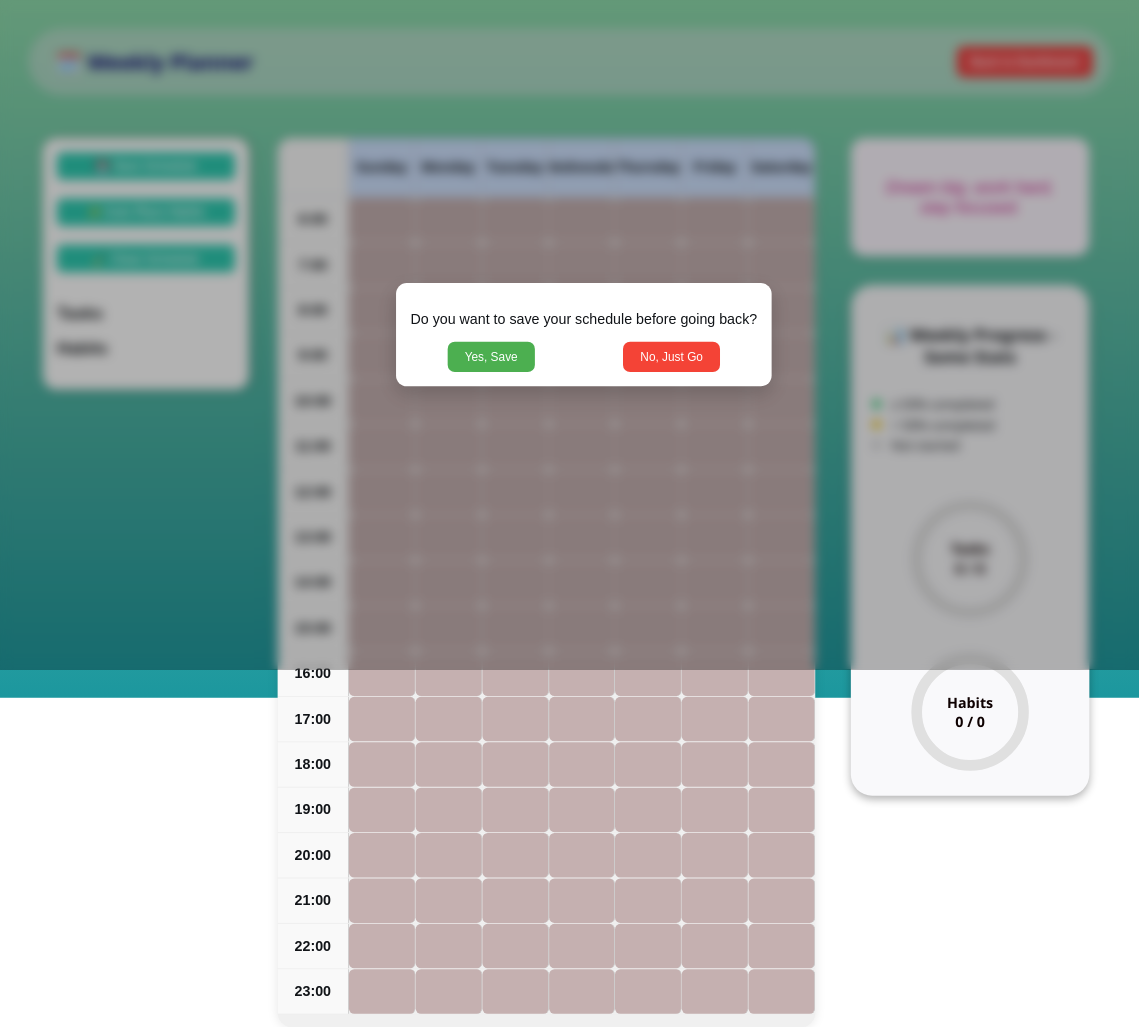
Repository: RachelB9913/smart-task-and-habit-tracker
Page: /schedule, after clicking the first element matching `button.logout-button`
The author's editor kept a copy of each file at every save. The page is drawn from the files as they stood at one save, then again after the next save.
The browser window is 1280 px wide. The pictures show the whole page, at 89% of full size.
The project was rebuilt for these pictures with package versions that can differ from the ones it lists, and the page was loaded fresh each time. Also part of the build but not shown: src/components/PageWrapper.js, src/components/welcome.js, src/services/api.js, src/components/Login.js, src/components/Register.js, src/components/DashBoard.js.

Above is the page before, as saved 2025-06-29 20:57:09.

### src/App.js
import { BrowserRouter as Router, Routes, Route } from 'react-router-dom';
import Welcome from './components/welcome';
import Login from './components/Login';
import Register from './components/Register';
import Dashboard from './components/DashBoard';
import SchedulePlanner from './components/SchedulePlanner';


function App() {
  return (
    <Router>
      <Routes>
        <Route path="/" element={<Welcome />} />
        <Route path="/login" element={<Login />} />
        <Route path="/register" element={<Register />} />
        <Route path="/dashboard" element={<Dashboard />} />
        <Route path="/schedule" element={<SchedulePlanner />} />
      </Routes>
    </Router>
  );
}

export default App;

### src/App.css
html, body, #root {
  height: 100%;
  margin: 0;
  padding: 0;
  box-sizing: border-box;
}

form input {
  width: 100%;
  padding: 0.75rem;
  margin-bottom: 1rem;
  border: 1px solid #ddd;
  border-radius: 0.5rem;
  font-size: 1rem;
  transition: border-color 0.2s;
}

form input:focus {
  border-color: #6366f1; /* Indigo */
  outline: none;
}

form button,
.form-container button {
  width: 100%;
  padding: 0.75rem;
  font-size: 1rem;
  color: white;
  background-color: #6d6ed0; /* Indigo */
  border: none;
  border-radius: 0.5rem;
  cursor: pointer;
  transition: background-color 0.2s;
}

form button:hover,
.form-container button:hover {
  background-color: #4f46e5; /* Darker Indigo */
}

.form-container {
  max-width: 400px;
  margin: 100px auto;
  padding: 2rem;
  background-color: white;
  border-radius: 1rem;
  box-shadow: 0 8px 20px rgba(0, 0, 0, 0.1);
  text-align: center;
}

h2 {
  margin-bottom: 1.5rem;
  color: #130e77;
  font-size: 2rem;
  font-weight: 500;

}

.welcome-root {
  font-family: 'Manrope', 'Noto Sans', sans-serif;
  background: linear-gradient(to bottom, hsl(143, 51%, 71%), #1c979e);
  color: #111418;
  min-height: 100vh;
  display: flex;
  flex-direction: column;
}

.welcome-header {
  display: flex;
  justify-content: space-between;
  align-items: center;
  padding: 0rem 2rem;
  border-bottom: 1px solid #030f21;
  background-color: rgb(255, 255, 255);
}

.logo-area {
  display: flex;
  align-items: center;
  gap: 0.5rem;
}

.nav-links, .nav-actions {
  display: flex;
  gap: 1rem;
  align-items: center;
}

.nav-links a, .footer a {
  text-decoration: none;
  font-weight: 500;
  color: #111418;
}

.nav-actions button {
  padding: 0.5rem 1rem;
  border-radius: 8px;
  border: none;
  font-weight: bold;
  cursor: pointer;
}

/* top buttons */
.nav-actions button:first-child {
  background: #0c7ff2;
  color: white;
}

.nav-actions button:first-child:hover {
  background: #0361bf; /* new hover color */
  color: #e3e3e3;      /* optional: change text color on hover */
}

.nav-actions button:last-child {
  background: #f0f2f5;
  color: #111418;
}

.nav-actions button:last-child:hover {
  background: #b5b8bd; /* new hover color */
  color: #0c7ff2;      /* optional: change text color on hover */
}

.welcome-hero {
  background: transparent;
  padding: 3rem 2rem;
  text-align: center;
  color: rgb(1, 0, 9);
}

.welcome-hero h1 {
  font-size: 2.5rem;
  font-weight: 800;
}

.hero-actions {
  margin-top: 2rem;
  display: flex;
  justify-content: center;
  gap: 1rem;
}

.hero-actions button {
  padding: 0.75rem 1.5rem;
  font-weight: bold;
  border-radius: 8px;
  border: none;
  cursor: pointer;
}

/* center buttons */
.hero-actions button:first-child {
  background-color: #0c7ff2;
  color: white;
}

.hero-actions button:first-child:hover {
  background-color: #0c7ff2;
  color: white;
  border: #0d1101 1px solid;
}

.hero-actions button:last-child {
  background-color: #f0f2f5;
  color: #111418;
}

.hero-actions button:last-child:hover {
  background-color: #f0f2f5;
  color: #111418;
  border: #0d1101 1px solid;
}

.features {
  padding: 3rem 2rem;
  text-align: center;
}

.feature-cards {
  display: flex;
  gap: 1rem;
  flex-wrap: wrap;
  justify-content: center;
  margin-top: 2rem;
}

.feature-card {
  background: white;
  padding: 1.5rem;
  border-radius: 12px;
  border: 1px solid #052246;
  max-width: 300px;
  text-align: left;
  text-align: center;
  box-shadow: 0 4px 10px rgba(0, 0, 0, 0.5);

}

.footer {
  text-align: center;
  padding: 2rem;
  font-size: 1.1rem;
  color: #0d1101;
}

.register-background {
  background: linear-gradient(to left top, hsl(143, 51%, 71%), #1c979e);
  min-height: 100vh;
  display: flex;
  align-items: center;
  justify-content: center;
}

.login-background {
  background: linear-gradient(to right bottom, hsl(143, 51%, 71%), #1c979e);
  min-height: 100vh;
  display: flex;
  align-items: center;
  justify-content: center;
}

### src/components/Auth.css
.auth-container {
  max-width: 400px;
  margin: 60px auto;
  padding: 2rem;
  background-color: #f8f9fa;
  border-radius: 12px;
  box-shadow: 0 2px 10px rgba(0, 0, 0, 0.1);
}

.auth-form {
  display: flex;
  flex-direction: column;
  gap: 1rem;
}

.auth-form input {
  padding: 0.75rem;
  border-radius: 8px;
  border: 1px solid #ccc;
  font-size: 1rem;
}

.auth-form button {
  padding: 0.75rem;
  background-color: #007bff;
  color: white;
  border: none;
  border-radius: 8px;
  font-size: 1rem;
  cursor: pointer;
}

.auth-form button:hover {
  background-color: #0056b3;
}


.dashboard-header {
  display: flex;
  justify-content: flex-end;
  padding: 20px;
}

.dashboard-header button {
  padding: 10px 16px;
  background-color: #ef4444; /* red */
  color: white;
  border: none;
  border-radius: 8px;
  font-weight: bold;
  cursor: pointer;
}

.dashboard-header button:hover {
  background-color: #ad2626;
}

.button-group {
  display: flex;
  flex-direction: column;
  gap: 10px; /* Adjust the space between buttons */
}

### src/Dashboard.css
/* Dashboard.css */

.dashboard-container {
  font-family: 'Manrope', 'Noto Sans', sans-serif;
  min-height: 100vh;
  padding: 2rem;
  transition: background-color 0.3s ease;
  color: #111418;
}

.dashboard-container.light {
  background: linear-gradient(to bottom, hsl(143, 51%, 71%), #1c979e);
}

.dashboard-header {
  display: flex;
  justify-content: space-between;
  align-items: center;
  padding: 20px;
  background-color: rgba(218, 226, 226, 0.5);
  color: #031d3e;
  border-radius: 3rem;
  margin-bottom: 2rem;
}

.header-left {
  display: flex;
  align-items: center;
  justify-content: flex-start;
  flex: 1; /* allows the left side to take up space */
}

.header-left h2 {
  margin: 0;
  padding-left: 10px;
  font-weight: 700;
  font-size: 1.5rem;
}

.toggle-button,
.bg-toggle {
  padding: 0.6rem 1.2rem;
  font-weight: bold;
  border-radius: 8px;
  border: none;
  cursor: pointer;
  font-size: 1rem;
  background-color: #0c7ff2;
  color: white;
  transition: background-color 0.2s ease;
}

.toggle-button:hover,
.bg-toggle:hover {
  background-color: #035fd0;
}

.add-button {
  width: 30px;
  height: 30px;
  border-radius: 50%;
  font-size: 20px;
  background-color: hsl(211, 69%, 59%);
  color: white;
  border: none;
  cursor: pointer;
  transition: background-color 0.3s ease;
}

.add-button:hover {
  background-color: #0056b3;
}

.toggle-button {
  display: block;
  margin: 1rem auto;
}

.task-section,
.habit-section {
  background-color: white;
  color: #111418;
  max-width: 650px;
  margin: 1rem auto;
  padding: 1rem 1.5rem;
  border-radius: 1rem;
  box-shadow: 0 6px 12px rgba(120, 8, 226, 0.1);
}

.task-section ul,
.habit-section ul {
  list-style-type: none;
  padding: 0;
}

.task-section li,
.habit-section li {
  padding: 0.5rem 0;
  border-bottom: 1px solid #ddd;
}

.task-section li:last-child,
.habit-section li:last-child {
  border-bottom: none;
}

h1 {
  text-align: center;
  font-size: 2rem;
  margin-bottom: 2rem;
  color: #031d3e;
  font-weight: 1000;
}

.logout-button {
  background-color: #e74c3c;
  color: white;
  border: none;
  padding: 8px 12px;
  border-radius: 5px;
  cursor: pointer;
}

.logout-button:hover {
  background-color: #c0392b;
}

.form-popup-overlay {
  position: fixed;
  top: 0;
  left: 0;
  height: 100vh;
  width: 100vw;
  background: rgba(0, 0, 0, 0.3);
  display: flex;
  align-items: center;
  justify-content: center;
  z-index: 999;
}

.form-popup {
  background: white;
  padding: 2rem;
  border-radius: 1rem;
  box-shadow: 0 0 20px rgba(0,0,0,0.2);
  display: flex;
  flex-direction: column;
  gap: 1rem;
  width: 300px;
}

.task-item {
  padding: 0.5rem 0;
  border-bottom: 1px solid #ddd;
}

.task-content {
  display: flex;
  align-items: flex-start;
}

.task-content input[type="checkbox"] {
  margin-top: 0.7rem;
  margin-left: 0.9rem;
  transform: scale(1.2);
  cursor: pointer;
}

.task-details {
  flex: 1;
  padding: 0.5rem 0.75rem; /* ← Add this for internal spacing */
  border-radius: 0.5rem;
}

.task-done {
  opacity: 0.5;
  text-decoration: line-through;
}

.task-item {
  background-color: white;
  margin-bottom: 0.5rem;
  border-radius: 0.5rem;
  box-shadow: 0 1px 3px rgba(0,0,0,0.1);
  transition: transform 0.2s ease;
}

.task-actions {
  display: flex;
  flex-direction: column;
  gap: 0.3rem;
}

.edit-button, .delete-button {
  background: none;
  border: black;
  border-radius: 0.5rem;
  cursor: pointer;
  font-size: 1rem;
  transition: color 0.2s;
}

.edit-button:hover {
  color: #0a58ca;
}

.delete-button:hover {
  color: #dc3545;
}

.task-section li strong,
.habit-section li strong {
  font-weight: 700;
  font-size: 1rem;
  color: #031d3e;
}

.task-section li em,
.habit-section li em {
  font-style: italic;
  color: #555;
}

.task-section li,
.habit-section li {
  font-family: 'Manrope', 'Noto Sans', sans-serif;
  font-size: 0.95rem;
  font-weight: lighter;
}

### src/components/SchedulePlanner.css
.stats-wrapper {
  display: flex;
  flex-direction: column;
  gap: 1.5rem;
  align-items: center;
  padding: 1rem;
}

.quote-panel {
  background-color: #fdf7ff;
  color: mediumvioletred;
  padding: 1.5rem;
  border-radius: 16px;
  text-align: center;
  box-shadow: 0 4px 12px rgba(0, 0, 0, 0.08);
  font-size: 1.2rem;
  font-style: italic;
  display: flex;
  justify-content: center;
  align-items: center;
  min-height: 85px;
  width: 100%;
  max-width: 220px;
}

.quote-panel:hover {
  color: #1f16cd;
}

.stats-wrapper .stats-panel {
  width: 100%;
  max-width: 220px;
}

.planner-container {
  display: flex;
  height: calc(100vh - 120px);
  font-family: 'Manrope', sans-serif;
}

.task-sidebar {
  flex-shrink: 0;
  width: 200px;
  background: white;
  padding: 1rem;
  box-shadow: 2px 0 8px rgba(0,0,0,0.3);
  border-radius: 1rem;
  margin: 1rem;
  height: fit-content;
}

.task-item {
  background: hsl(210, 34%, 76%);
  color: #031d3e;
  margin: 0.5rem 0;
  padding: 0.6rem;
  border-radius: 10px;
  font-weight: 600;
  box-shadow: 0 2px 4px rgba(0,0,0,0.1);
}

:root {
  --cell-height: 55.5px;
}

.calendar-grid {
  display: grid;
  grid-template-rows: repeat(var(--row-count), 1fr);
  height: calc(var(--row-count) * var(--cell-height));
  flex: 1;
  overflow: auto;
  margin: 1rem;
  border-radius: 1rem;
  background: rgb(240, 240, 240);
  box-shadow: 0 0 12px rgba(0, 0, 0, 0.1);
}


.grid-header {
  display: grid;
  grid-template-columns: 80px repeat(7, 1fr); /* hour + 7 days */
  background: #cfe2ff;
  font-weight: bold;
  border-bottom: 1px solid #ccc;
}

.grid-body .row {
  display: grid;
  grid-template-columns: 80px repeat(7, 1fr); /* same as above */
  border-bottom: 1px solid #eee;
}

.cell {
  padding: 0.5rem;
  border-right: 1px solid #ccc;
  overflow: hidden;
}

.hour-cell {
  display: flex;
  align-items: center;
  justify-content: center;
  background: #f9f9f9;
  font-weight: bold;
  border-right: 1px solid #ccc;
}

.time-slot {
  background-color: #c5b0b0;
  border-radius: 6px;
  height: 50px;
  display: flex;
  justify-content: center;
  align-items: center;
  padding: 0;
}

.time-slot:hover {
  background-color: #e7f5ff;
  cursor: pointer;
}

.day-cell {
  display: flex;
  align-items: center;
  justify-content: center;
  text-align: center;
  background: #cfe2ff;
  border-right: 1px solid #ccc;
  height: 50px;
  font-weight: 600;
}

.scheduled-task {
  background-color: #a8dadc;
  border: 1px solid #3dbd19;
  padding: 2px 6px;
  border-radius: 6px;
  font-weight: 500;
  font-size: 0.8rem;
  text-align: center;
  display: flexbox;
  justify-content: space-between;
  align-items: center;
  overflow: hidden;
  text-overflow: ellipsis;
}

.scheduled-task.habit-task {
  background-color: #a8dadc;
  border: 1px solid #7e2fbe;
  padding: 2px 5px;
  border-radius: 6px;
  font-weight: 500;
  font-size: 0.8rem;
  text-align: center;
  display: flexbox;
  justify-content: space-between;
  align-items: center;
  overflow: hidden;
  text-overflow: ellipsis;
}

.done-task {
  background-color: #90ee90 !important; /* light green for done tasks */
  border: 1px solid #3dbd19 !important;
}

.remove-btn {
  background: none;
  border: none;
  color: #d00000;
  font-size: 0.8rem;
  cursor: pointer;
  margin-left: 0rem;
  margin-right: 0.6rem;
}

.grayed-out {
  opacity: 0.5;
  pointer-events: none;
}

.save-button {
  margin-bottom: 1rem;
  padding: 0.5rem 1rem;
  background-color: #2ecbb1;
  color: white;
  border: none;
  border-radius: 6px;
  font-weight: bold;
  cursor: pointer;
  transition: background-color 0.2s ease;
}

.save-button:hover {
  background-color: #137969;
}

.save-button-container {
  display: flex;
  justify-content: center;
  margin-bottom: 1rem;
}

.mark-done-btn {
  background: none;
  border: none;
  color: green;
  font-size: 1rem;
  cursor: pointer;

}

.vertical-buttons {
  display: flex;
  flex-direction: column;
  gap: 5px;
}

.habit-icons {
  display: flex;
  gap: 4px;
}
.duplicate-btn {
  background: none;
  border: none;
  font-size: 1rem;
  cursor: pointer;
}

.modal-overlay {
  position: fixed;
  top: 0;
  left: 0;
  width: 100%;
  height: 100%;
  backdrop-filter: blur(6px);
  background-color: rgba(0, 0, 0, 0.3);
  display: flex;
  align-items: center;
  justify-content: center;
  z-index: 1000;
  padding: 1rem;
}

.modal-content {
  background-color: white;
  padding: 2rem;
  border-radius: 12px;
  box-shadow: 0 8px 24px rgba(0, 0, 0, 0.2);
  text-align: center;
  animation: fadeIn 0.3s ease;
  min-width: 30vw;
  max-width: 95vw;
  padding: 1rem;
}

@media (max-width: 600px) {
  .modal-content {
    min-width: 90vw;
    padding: 0.5rem;
  }
}

.modal-buttons {
  margin-top: 1rem;
  display: flex;
  justify-content: space-around;
  gap: 1rem;
}

.confirm-btn,
.cancel-btn {
  padding: 0.6rem 1.2rem;
  border-radius: 8px;
  border: none;
  cursor: pointer;
  font-weight: bold;
  transition: background-color 0.2s ease;
}

.confirm-btn {
  background-color: #4CAF50;
  color: white;
  font-weight: lighter;
}

.cancel-btn {
  background-color: #f44336;
  color: white;
  font-weight: lighter;
}

.confirm-btn:hover {
  background-color: #45a049;
}

.cancel-btn:hover {
  background-color: #d32f2f;
}

@keyframes fadeIn {
  from { opacity: 0; transform: scale(0.9); }
  to { opacity: 1; transform: scale(1); }
}

.stat-circle.full-gold {
  background-color: gold;
  border-radius: 50%;
  padding: 0.3rem;
}

@media (max-width: 900px) {
  .planner-container {
    flex-direction: column;
    height: auto;
  }
  .task-sidebar, .calendar-grid {
    max-width: 100%;
    margin: 0.5rem 0;
  }
  .stats-panel {
    width: 100%;
    max-width: 230px;
    min-width: 180px;
    box-sizing: border-box;
  }
}

### src/components/StatisticsPanel.css
.stat-label {
  position: absolute;
  top: 0;
  left: 0;
  width: 100%;
  height: 100%;
  display: flex;
  flex-direction: column;
  align-items: center;
  justify-content: center;
  font-weight: bold;
  font-size: 1rem;
  color: #0e0101;
}

.stats-panel {
  position: sticky;
  top: 1rem;
  align-self: flex-start;
  background: #f9f9fb;
  border-radius: 1.5rem;
  box-shadow: 0 4px 10px rgba(0, 0, 0, 0.3);
  font-family: 'Segoe UI', sans-serif;
  padding: 1.5rem;
  margin: 0.5rem;
  display: flex;
  flex-direction: column;
  gap: 2rem;
  max-width: 230px;
}

.stat-circle {
  position: relative;
  width: 140px;
  height: 140px;
  margin: 0 auto;
}

.stat-circle svg {
  transform: rotate(-90deg);
  width: 100%;
  height: 100%;
}

.stat-bg,
.stat-fill {
  fill: none;
  stroke-width: 12;
  stroke-linecap: round;
}

.stat-bg {
  stroke: #e0e0e0;
}

.stat-fill {
  fill: none;
  stroke-width: 12;
  stroke-linecap: round;
  transition: stroke-dashoffset 0.5s ease;
}

.stat-label {
  position: absolute;
  top: 50%;
  left: 50%;
  transform: translate(-50%, -50%);
  text-align: center;
}

.stat-label strong {
  display: block;
  font-size: 1.1rem;
  color: #333;
}

.progress-ring circle {
  transition: stroke-dashoffset 0.6s ease-out;
}

.stats-circle {
  position: relative;
  cursor: help;
}
.stats-circle:hover::after {
  content: attr(data-tooltip);
  position: absolute;
  top: -1.5rem;
  left: 50%;
  transform: translateX(-50%);
  background: #444;
  color: #fff;
  padding: 0.3em 0.5em;
  border-radius: 4px;
  font-size: 0.8rem;
  white-space: nowrap;
  z-index: 10;
}

.legend {
  display: flex;
  flex-direction: column;
  gap: 4px;
  margin-top: -1rem;
  margin-bottom: 1rem;
  align-items: flex-start;
}

.legend-item {
  display: flex;
  align-items: center;
  gap: 0.4rem;
  font-size: 0.9rem;
}

.dot {
  display: inline-block;
  width: 10px;
  height: 10px;
  margin-right: 5px;
  border-radius: 50%;
}
.green { background: #2ecc71; }
.yellow { background: #f1c40f; }
.gray { background: #ccc; }

.celebration-message {
  margin-top: 0rem;
  font-weight: bold;
  font-size: 1.1rem;
  color: #27ae60;
  text-align: center;
  animation: pop 0.6s ease;
}

@keyframes pop {
  0% { transform: scale(0.8); opacity: 0; }
  50% { transform: scale(1.1); opacity: 1; }
  100% { transform: scale(1); }
}

Loaded but not shown: public/index.html (common file); src/index.js (common file); src/index.css (common file); src/reportWebVitals.js (common file); src/components/SchedulePlanner.js (688 lines, source omitted); src/components/StatisticsPanel.js (169 lines, source omitted)

After the next save:
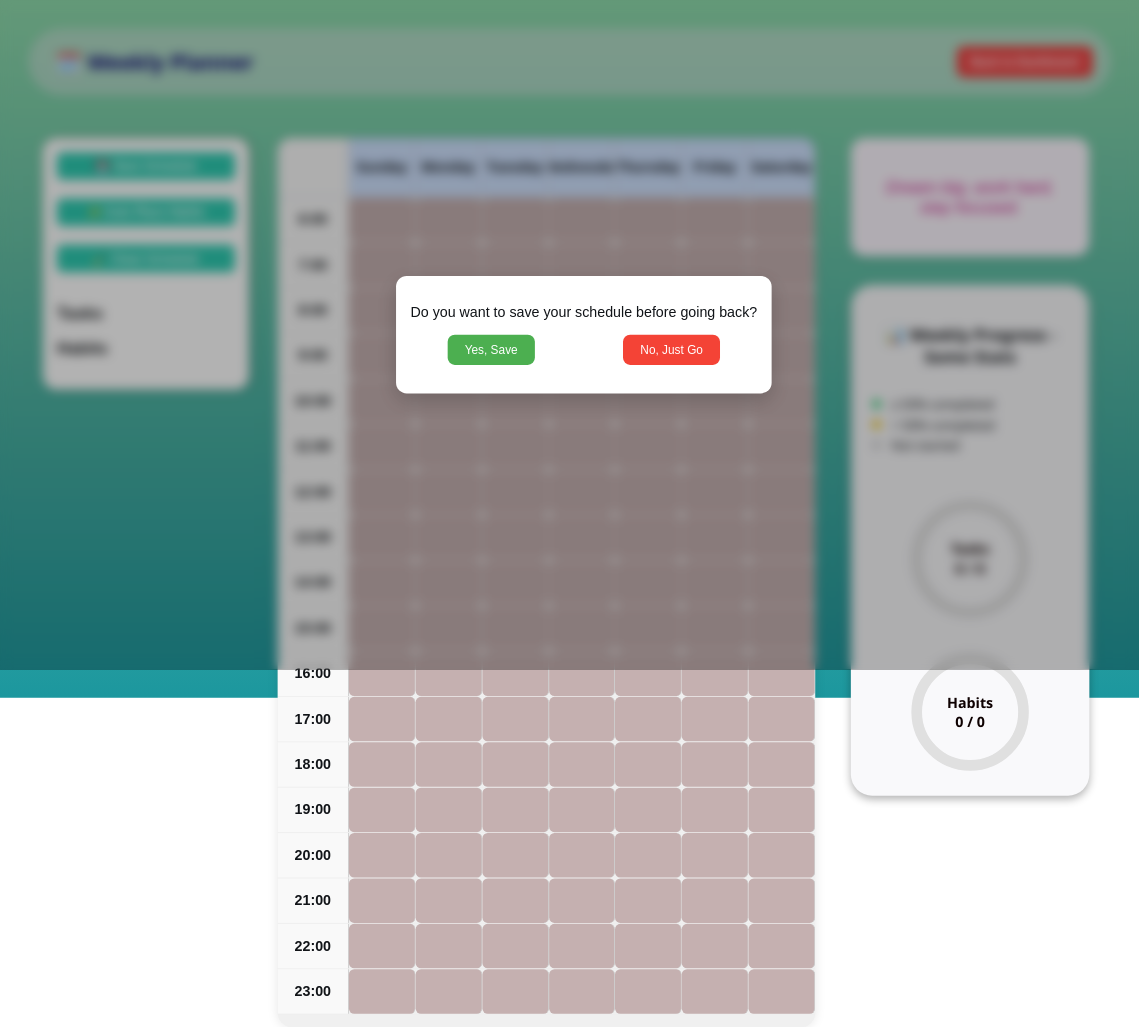
Saved 49 s later.
--- a/src/components/SchedulePlanner.css
+++ b/src/components/SchedulePlanner.css
@@ -253,6 +253,7 @@
   animation: fadeIn 0.3s ease;
   min-width: 30vw;
   max-width: 95vw;
+  min-height: 100px;
   padding: 1rem;
 }
 
